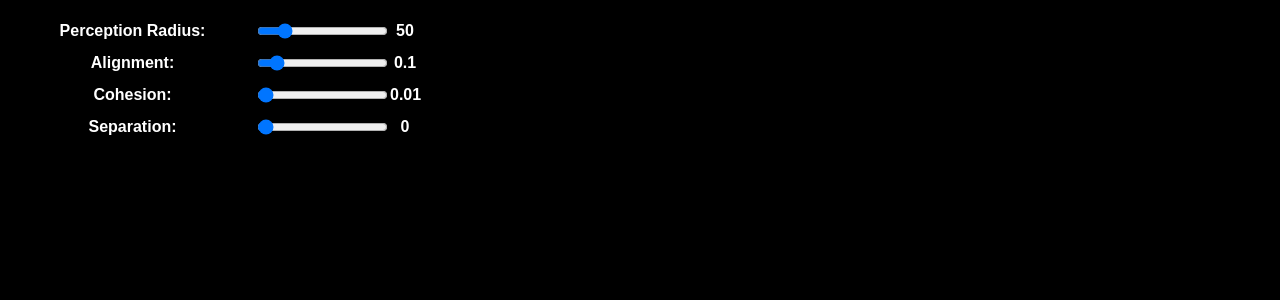
Repository: eltonsampaio12/boids
Page: index.html
These files come from the project's save history. The page is drawn as it stood at one moment and after the next save; the edit follows.
The browser window is 1280 px wide. The pictures show the whole page.

Above is the page before, as saved 2024-02-01 13:08:50.
Not found: main.ts

After the next save:
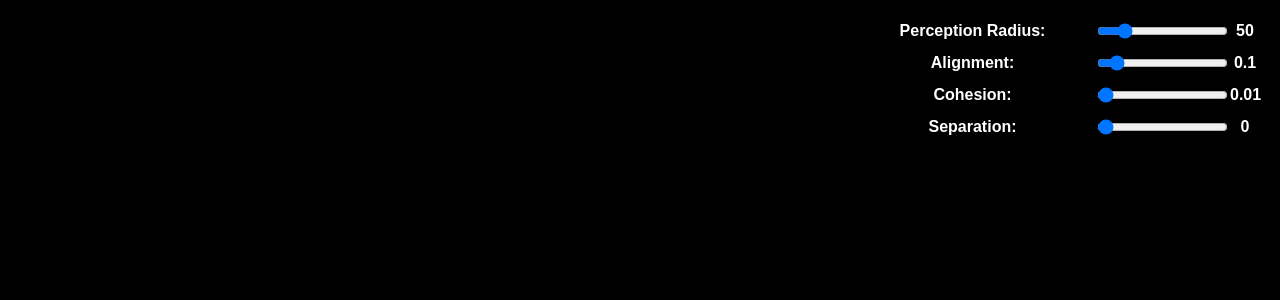
Saved 7 s later.
--- a/index.html
+++ b/index.html
@@ -15,7 +15,7 @@
       .container {
         position: fixed;
         top: 0;
-        left: 0;
+        right: 0;
         padding: 20px;
         border-radius: 8px;
         box-shadow: 0 4px 8px rgba(0, 0, 0, 0.1);
